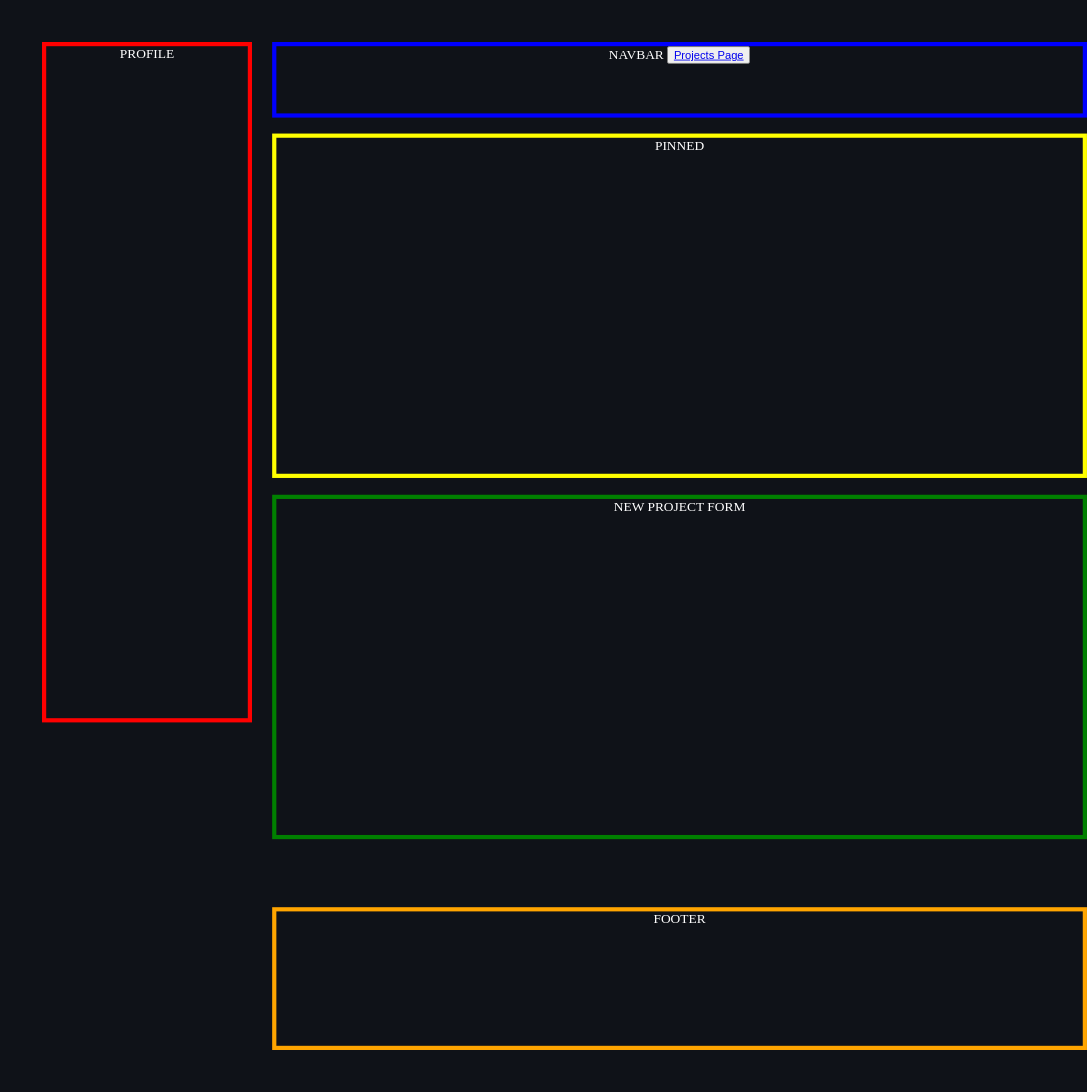
Repository: nss-evening-cohort-28/nss-evening-cohort-28-classroom-gitsub-Q1-project-gitsub
Page: index.html
The author's editor kept a copy of each file at every save. The page is drawn from the files as they stood at one save, then again after the next save.
The browser window is 1280 px wide. The page is 1294 px wide, so the pictures cover 1294 px, including what lies to the right of the window. The pictures show the whole page, at 84% of full size.

Above is the page before, as saved 2024-08-07 18:55:42.

### index.html
<!DOCTYPE html>
<html lang="en">
<head>
    <meta charset="UTF-8">
    <meta name="viewport" content="width=device-width, initial-scale=1.0">
    <link rel="stylesheet" href="main.css">
    <title>Document</title>
</head>
<body>
    <div class="flexContainer">
        <div class="profile">PROFILE</div>
        <div class="flexContainer">
            <div class="navBar">NAVBAR
              <button><a href="projects.html">
                Projects Page
              </a></button>
            </div>
            <div class="pinned">PINNED</div>
            <div class="newProject">NEW PROJECT FORM</div>
            <div class="footer">FOOTER</div>
        </div>
    </div>
    <script src="main.js"></script>
</body>
</html>

### main.css
body {
    background-color: #0F1218;
    text-align: center;
    margin: 50px;
    width: 1200px;
    color: white;
}

.flexContainer {
    display: flex;
    flex-wrap: wrap;
    flex-direction: column;
    max-width: 75rem;
    height: 75rem;
    gap: 2%;
}

.profile {
    border: 5px solid red;
    width: 15rem;
    height: 50rem;
}

.navBar {
    border: 5px solid blue;
    width: 60rem;
    height: 5rem;
}

.pinned {
    border: 5px solid yellow;
    width: 60rem;
    height: 25rem;
    margin-top: 2%;
}

.newProject {
    border: 5px solid green;
    width: 60rem;
    height: 25rem;
    margin-top: 2%;
}

.footer {
    border: 5px solid orange;
    width: 60rem;
    height: 10rem;
    margin-top: auto;
    align-self: flex-end;
}

#footerContainer {
    display: flex;
    align-self: flex-end;

}

Loaded but not shown: main.js (no copy from this time; the picture is the same without it)

After the next save:
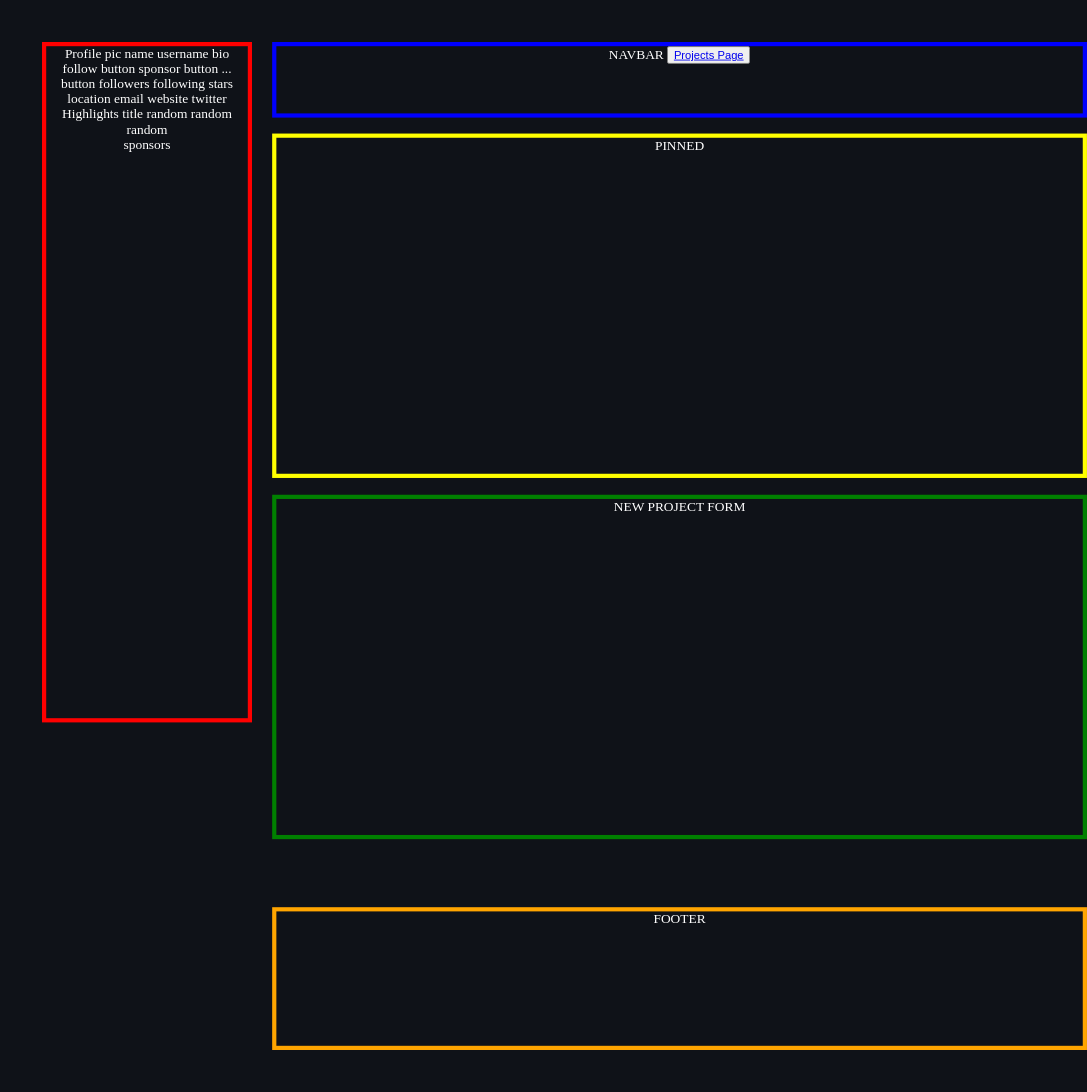
Saved 16 min 52 s later.
--- a/index.html
+++ b/index.html
@@ -8,7 +8,29 @@
 </head>
 <body>
     <div class="flexContainer">
-        <div class="profile">PROFILE</div>
+        <div class="profile">
+          <div class="top-section">
+            Profile pic
+            name
+            username
+            bio
+            follow button sponsor button ... button
+            followers following stars
+            location
+            email
+            website
+            twitter
+          </div>
+          <div class="middle-section">
+            Highlights title
+            random
+            random
+            random
+          </div>
+          <div class="bottom-section">
+            sponsors
+          </div>
+        </div>
         <div class="flexContainer">
             <div class="navBar">NAVBAR
               <button><a href="projects.html">
